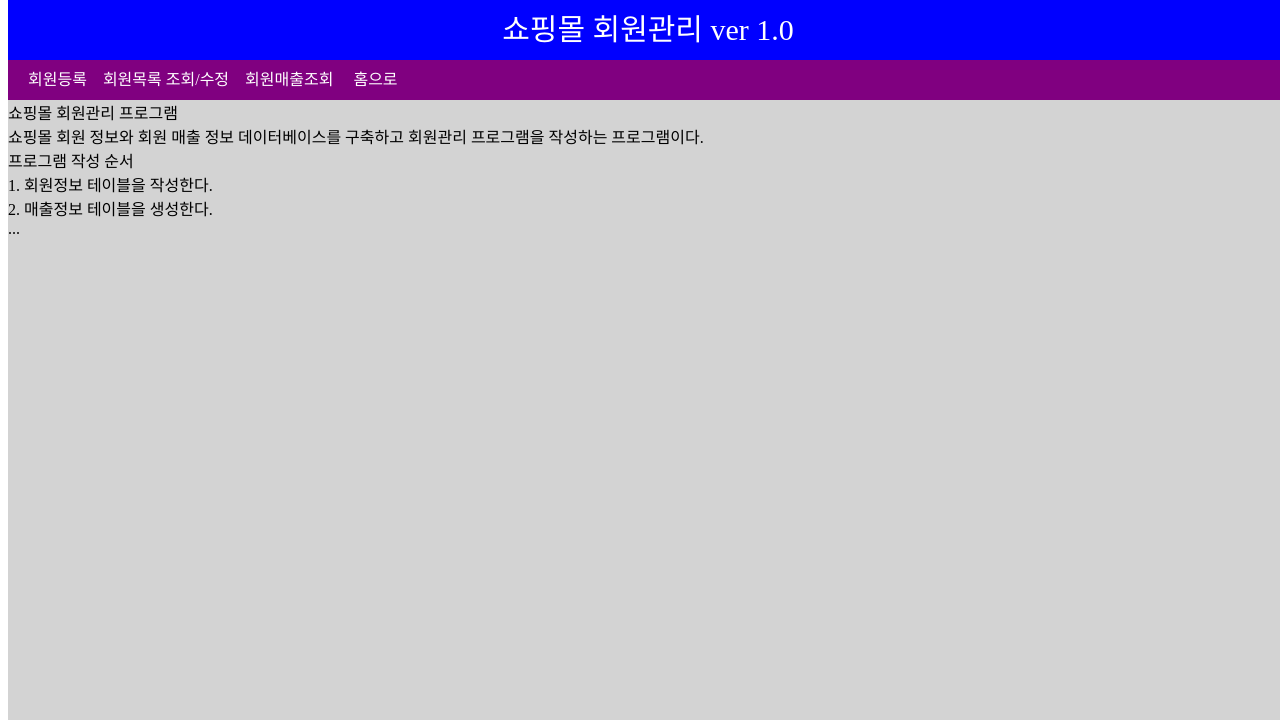
Repository: haileylee94/mini-project
Page: http://localhost/hrd/
The author's editor kept a copy of each file at every save. The page is drawn from the files as they stood at one save, then again after the next save.
The browser window is 1280 px wide. The pictures show the whole page.
The page is served by Tomcat 9. Other server files are loaded and not shown.

Above is the page before, as saved 2022-11-17 10:24:15.

### hrd/WebContent/index.jsp
<%@ page language="java" contentType="text/html; charset=UTF-8"
    pageEncoding="UTF-8"%>
<!DOCTYPE html>
<html>
<head>
<meta charset="UTF-8">
<title>index</title>
<style type="text/css">
	header{
		position:fixed;
		top:0px;
		width:100%;
		height: 60px;
		background-color: blue;
		color: white;
		text-align: center;
		line-height: 60px;
		font-size: 30px;
	}
	nav{
		position: fixed;
		top: 60px;
		width: 100%;
		height: 40px;
		background-color: purple;
		line-height: 40px;
		padding-left: 20px;
		color: #fff;
	}
	section{
		position: fixed;
		top: 100px;
		background-color: lightgray;
		height: 100%;
		width: 100%;
	}
</style>
</head>
<body>
	<header>
		쇼핑몰 회원관리 ver 1.0
	</header>
	<nav>
		회원등록 &nbsp;&nbsp;	회원목록 조회/수정 &nbsp;&nbsp;	회원매출조회 &nbsp;&nbsp;&nbsp;	홈으로
	</nav>
	<section>
		쇼핑몰 회원관리 프로그램<br>
		쇼핑몰 회원 정보와 회원 매출 정보 데이터베이스를 구축하고 회원관리 프로그램을 작성하는 프로그램이다.<br>
		프로그램 작성 순서<br>
		1. 회원정보 테이블을 작성한다.<br>
		2. 매출정보 테이블을 생성한다.<br>
		...
	</section>
</body>
</html>

After the next save:
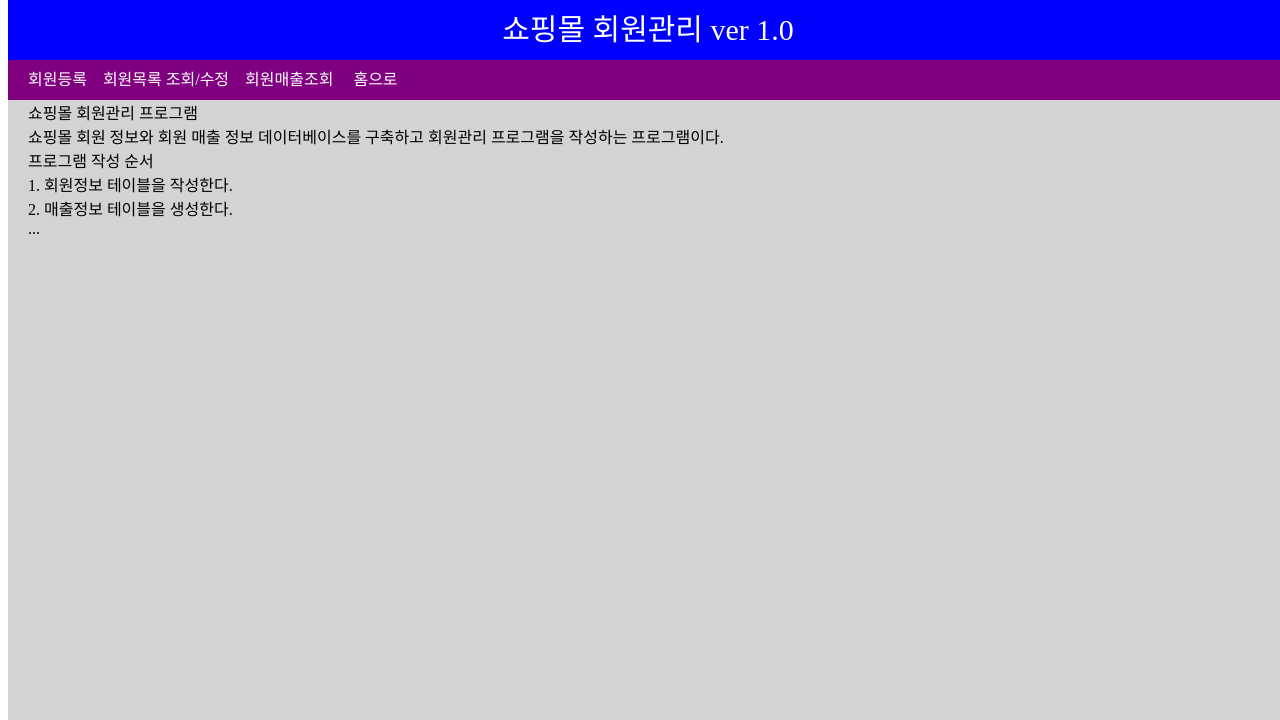
Saved 17 s later.
--- a/hrd/WebContent/index.jsp
+++ b/hrd/WebContent/index.jsp
@@ -33,6 +33,7 @@
 		background-color: lightgray;
 		height: 100%;
 		width: 100%;
+		padding-left: 20px;
 	}
 </style>
 </head>
